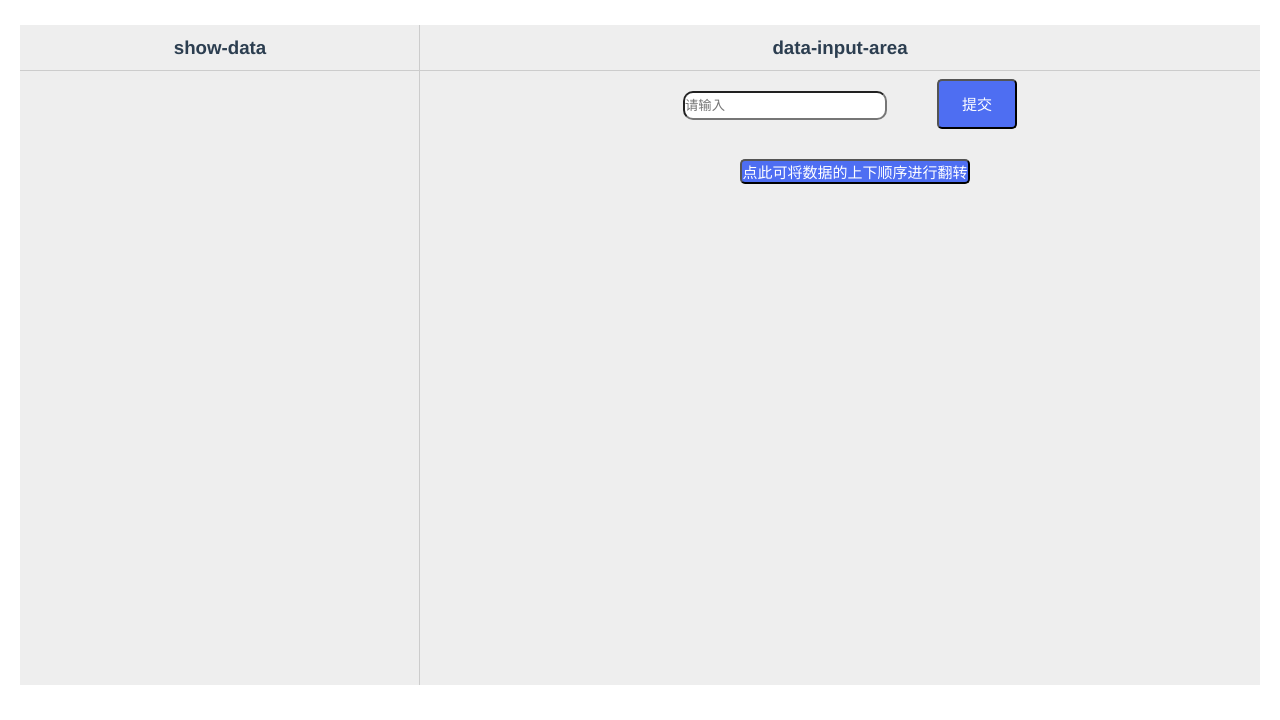
Repository: z-xy-git/demofirst
Page: /home/reverseShowData
These files come from the project's save history. The page is drawn as it stood at one moment and after the next save; the edit follows.
The browser window is 1280 px wide. The pictures show the whole page.
The project was rebuilt for these pictures with package versions that can differ from the ones it lists, and the page was loaded fresh each time.

Above is the page before, as saved 2021-03-01 15:17:30.

### src/App.vue
<template>
  <div id="app">
    <router-view/>
  </div>
</template>

<style>
#app {
  font-family: Avenir, Helvetica, Arial, sans-serif;
  -webkit-font-smoothing: antialiased;
  -moz-osx-font-smoothing: grayscale;
  text-align: center;
  color: #2c3e50;
}
body{
  background-color: #fff;
}
#nav {
  padding: 30px;
}

#nav a {
  font-weight: bold;
  color: #2c3e50;
}

#nav a.router-link-exact-active {
  color: #42b983;
}
</style>

### src/router/index.js
import Vue from 'vue'
import VueRouter from 'vue-router'
import Home from '../views/Home.vue'
import ShowData from '../views/ShowData.vue'
import ReverseShowData from '../views/ReverseShowData.vue'

Vue.use(VueRouter)

const originalPush = VueRouter.prototype.push;
VueRouter.prototype.push = function push(location) {
    return originalPush.call(this, location).catch(err => err)
}

const routes = [
  {
    path: '',
    redirect: '/home'
  },
  {
    path: '/home',
    name: 'Home',
    component: Home,
    children:[
      {
        path: 'showData',
        component: ShowData
      },
      {
        path: 'reverseShowData',
        component: ReverseShowData
      }
    ]
  },
  // {
    // path: '/showData',
    // name: 'ShowData',
    // route level code-splitting
    // this generates a separate chunk (about.[hash].js) for this route
    // which is lazy-loaded when the route is visited.
    // component: () => import(/* webpackChunkName: "about" */ '../views/ShowData.vue')
  // }
]

const router = new VueRouter({
  mode: 'history',
  base: process.env.BASE_URL,
  routes
})

export default router

### src/store/index.js
import Vue from 'vue'
import Vuex from 'vuex'
import getters from './getters'
import mutations from './mutation'

Vue.use(Vuex)

export default new Vuex.Store({
  state: {
    dataArr: []
  },
  getters,
  mutations,
  actions: {
  },
  modules: {
  }
})

### src/views/Home.vue
<template>
  <div class="home">
    <div class="left">
      <div class="left-top"><h3>show-data</h3></div>
    </div>
    <router-view/>
    <div class="right">
      <div class="right-title"><h3>data-input-area</h3></div>
      <div class="right-input">
        <input type="text" v-model="inputData"
          placeholder="请输入"
          class="input-style"
          onmouseover="this.select()">
        <button @click="btnclick" class="btn-style">提交</button>
      </div>
      <div class="right-reverse-btn">
        <button @click="reverseItemData" class="btn-style">点此可将数据的上下顺序进行翻转</button>
      </div>
    </div>
  </div>
</template>

<script>
// @ is an alias to /src

export default {
  name: 'Home',
  components: {
  },
  data(){
    return{
      inputData: '',
      isgoReverse: true
    }
  },
  methods:{
    btnclick() {
      this.$store.commit('addData',this.inputData);
      this.$router.push('/home/showData');
    },
    reverseItemData(){
      if(this.isgoReverse){
        this.$router.push('/home/reverseShowData');
        this.isgoReverse = false;
      }
      else{
        this.$router.push('/home/showData');
        this.isgoReverse = true;
      }
    }
  }
}
</script>
<style>
  *{
    margin: 0;
    padding: 0;
  }
  .home{
    width: 100%;
    height: 100%;
  }
  .left{
    position: absolute;
    left: 20px;
    top: 25px;
    width: 400px;
    height: 660px;
    background-color: #eee;
  }
  .left-top{
    height: 45px;
    line-height: 45px;
    text-align: center;
    border-bottom: 1px solid #ccc;
  }
  .right{
    position: absolute;
    right: 20px;
    top: 25px;
    width: calc(100% - 440px);
    height: 660px;
    border-left: 1px solid #ccc;
    background-color: #eee;
  }
  .right-title{
    height: 45px;
    line-height: 45px;
    text-align: center;
    border-bottom: 1px solid #ccc;
  }
  .input-style{
    margin: 20px;
    outline: none;
    border-radius: 10px;
    width: 200px;
    height: 25px;
  }
  .btn-style{
    margin: 0 0 30px 30px;
    outline: none;
    border-radius: 5px;
    background-color: #4e6ef2;
    font-size: 15px;
    color: #fff;
  }
  .right-input .btn-style{
    width: 80px;
    height: 50px;
  }
</style>

### src/views/ShowData.vue
<template>
  <div class="show-data">
    <h4>show-data</h4>
    <p class="p" v-for="(item,index) in this.dataArr" :key="index">{{item}}</p>
  </div>
</template>

<script>
import {mapState} from 'vuex'

export default {
  name:'ShowData',
  computed:{
    ...mapState(['dataArr'])
  }
}
</script>

<style>
.show-data{
    position: absolute;
    left: 20px;
    top: 50px;
    width: 300px;
    height: 600px;
    background-color: #888;
    color: #fff;
  }
</style>

### src/views/ReverseShowData.vue
<template>
  <div class="show-data">
    <ul class="data-ul">
      <li v-for="(item, index) in reverseDataArr" :key="index">{{item}}</li>
    </ul>
  </div>
</template>

<script>
import {mapGetters} from 'vuex'

export default {
  name:'ReverseShowData',
  computed:{
    ...mapGetters(['dataArr']),
    reverseDataArr(){
      let data = JSON.parse(JSON.stringify(this.dataArr))
      return data.reverse();
    }
  }
}
</script>

<style scoped>
.show-data{
  position: absolute;
  left: 20px;
  top: 71px;
  width: 400px;
  height: 614px;
  background-color: #eee;
  color: #333;
  }
.data-ul{
  width: 100%;
  height: 100%;
  }
.data-ul li{
  list-style: none;
  height: 35px;
  line-height: 35px;
  border-bottom: 1px solid #ddd;
}
</style>

### src/store/getters.js
export default {
  dataArr(state){
    return state.dataArr;
  }
}

### src/store/mutation.js
export default {
  addData(state, payload){
    state.dataArr.push(payload);
  }
}

Loaded but not shown: public/index.html (common file); src/main.js (common file)

After the next save:
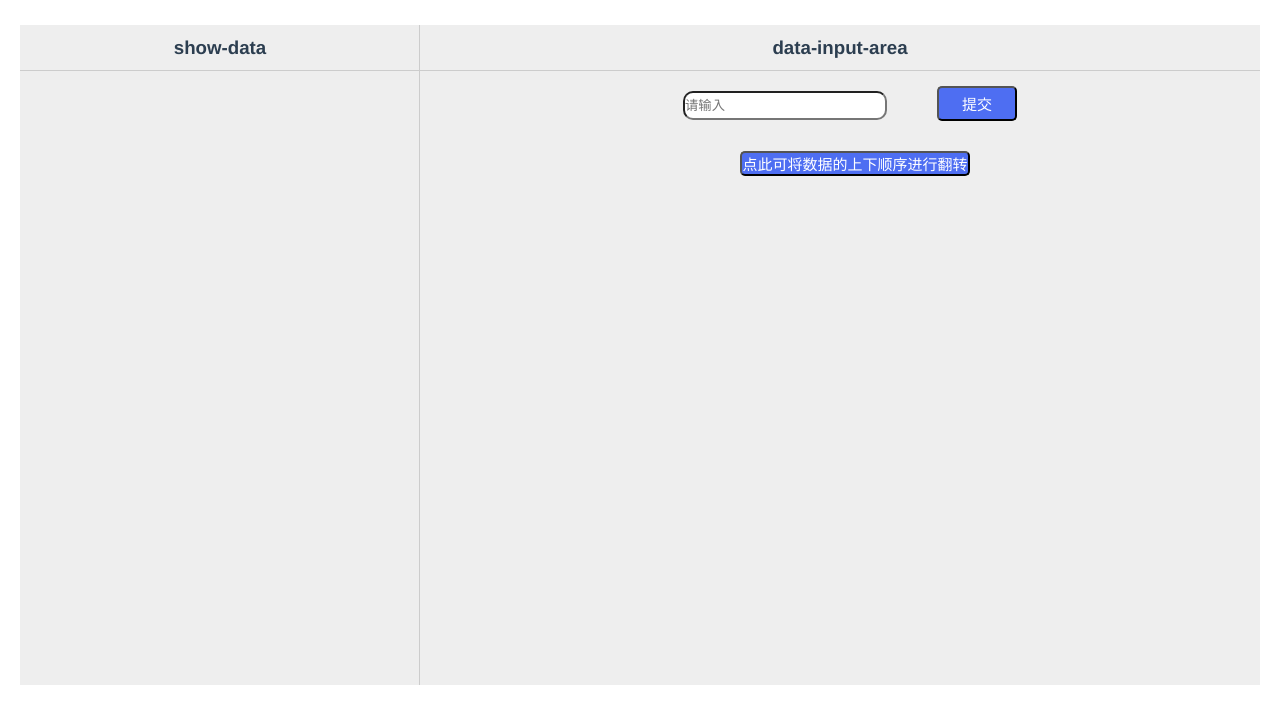
Saved 20 s later.
--- a/src/views/Home.vue
+++ b/src/views/Home.vue
@@ -106,6 +106,6 @@ export default {
   }
   .right-input .btn-style{
     width: 80px;
-    height: 50px;
+    height: 35px;
   }
 </style>
